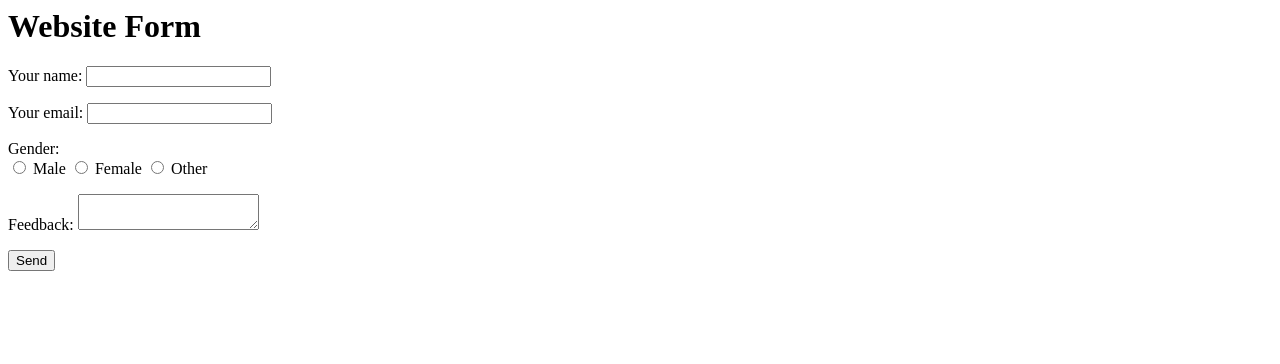
Repository: getzt1/web-design-class
Page: web pages/personal-site/form.html
The author's editor kept a record of every edit. The page is drawn from the files as they stood at one moment, then again after the next edit.
The browser window is 1280 px wide. The pictures show the whole page.

Above is the page before.

### web pages/personal-site/form.html
<form
  action="https://formspree.io/xoqdpvjk"
  method="POST"
>
  <label>
      <h1>Website Form</h1>
   <p>Your name:
    <input type="name"></p>
    </label>

    <label>
    <p>Your email:
    <input type="text" name="_replyto"></p>
  </label>

 <p> Gender: <br />
        <input type="radio" name="choose" value="male" /> Male
        <input type="radio" name="choose" value="female" /> Female
        <input type="radio" name="choose" value="other" /> Other
  </p>

  <label>
    <p>Feedback:
    <textarea name="message"></textarea></p>
  </label>

  <!-- your other form fields go here -->

  <button type="submit">Send</button>
</form>

After the next edit:
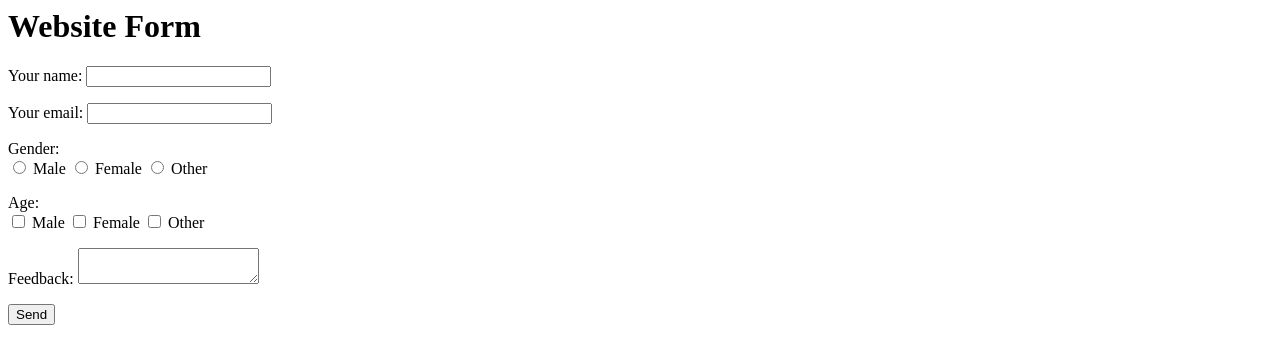
The edit:
--- a/web pages/personal-site/form.html
+++ b/web pages/personal-site/form.html
@@ -19,6 +19,12 @@
         <input type="radio" name="choose" value="other" /> Other
   </p>
 
+  <p> Age: <br />
+        <input type="checkbox" name="choose" value="male" /> Male
+        <input type="checkbox" name="choose" value="female" /> Female
+        <input type="checkbox" name="choose" value="other" /> Other
+  </p>
+
   <label>
     <p>Feedback:
     <textarea name="message"></textarea></p>
